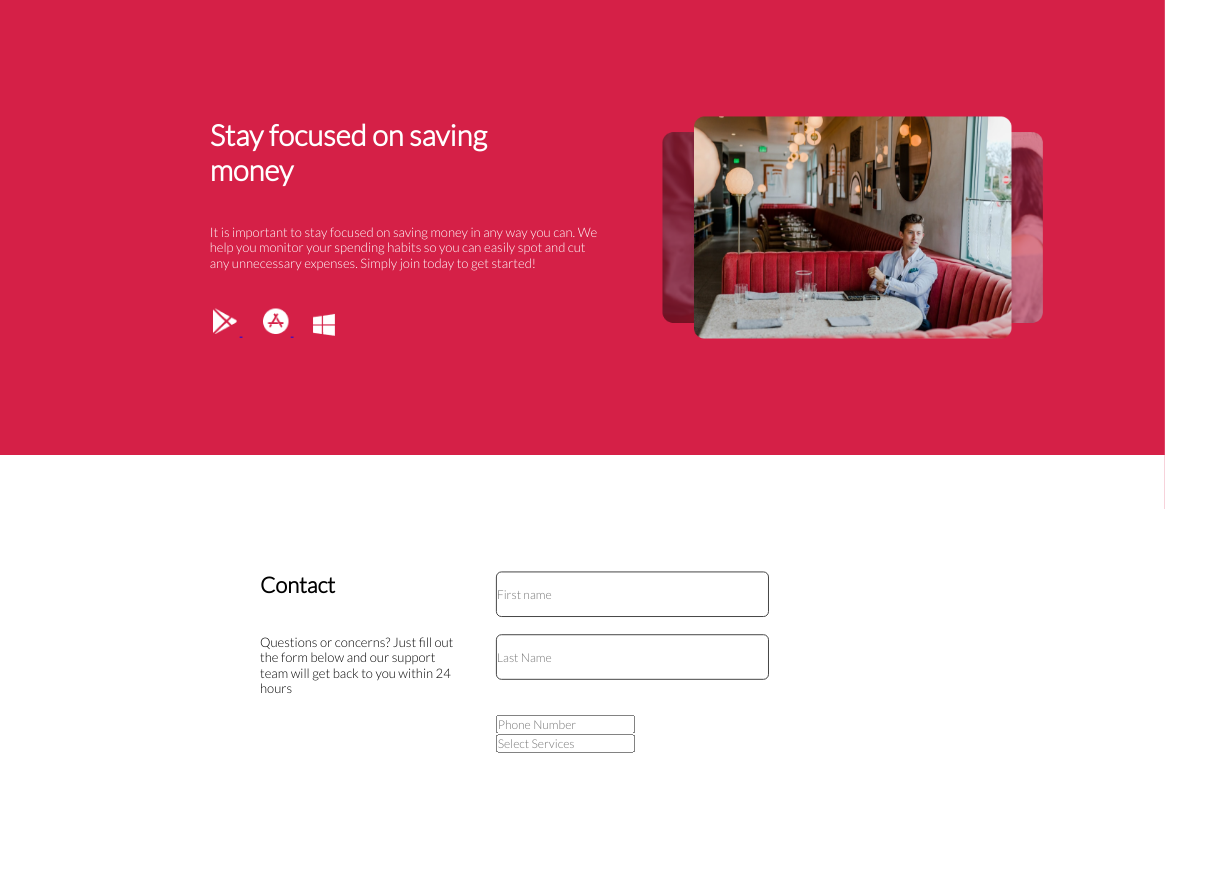
Repository: batonAnton/Cursor_lecture4
Page: index.html
These files come from the project's save history. The page is drawn as it stood at one moment and after the next save; the edit follows.
The browser window is 1280 px wide. The page is 1280 px wide, then 1342 px, so the pictures cover 1342 px, including what lies to the right of the window. The pictures show the whole page, at 91% of full size.

Above is the page before, as saved 2022-06-09 13:21:30.

### index.html
<!DOCTYPE html>
<html lang="en">
<head>
    <meta charset="UTF-8">
    <meta http-equiv="X-UA-Compatible" content="IE=edge">
    <meta name="viewport" content="width=device-width, initial-scale=1.0">
    <title>CloudBudget Freebie</title>
    <link rel="preconnect" href="https://fonts.googleapis.com">
    <link rel="preconnect" href="https://fonts.gstatic.com" crossorigin>
    <link href="https://fonts.googleapis.com/css2?family=Lato:wght@300&display=swap" rel="stylesheet">
    <link rel="stylesheet" href="css/style.css">
</head>
<body>
    <header>
        <div class="info-box">
            <h1>Stay focused on saving <br> money</h1>
            <p>It is important to stay focused on saving money in any way you can. We <br> help you monitor your spending habits so you can easily spot and cut <br> any unnecessary expenses. Simply join today to get started!</p>

            <div class="link_source">
                <a href="https://play.google.com/store/games?hl=uk&gl=US">
                    <img src="/image/icon/google_play.png" alt="icon-google">
                </a>
                <a href="https://www.apple.com/ua/app-store/">
                    <img src="/image/icon/apstore.png" alt="icon-apstore">
                </a>
                <a href="https://www.microsoft.com/uk-ua/software-download/windows10">
                    <img src="/image/icon/windows.png" alt="icon-windows">
                </a>
            </div>
        </div>

        <div class="big_img"></div>
    </header>

    <section>
        <div class="info-box">
            <h1>Contact</h1>
            <p>Questions or concerns? Just fill out the form below and our support <br> team will get back to you within 24 hours</p>
        </div>

        <div class="input-fields">
            <form>
                <input type="text" id="fname" placeholder="First name" name="fname"> <br> <br>
                <input type="text" id="lname" placeholder="Last Name" name="lname"> <br> <br> <br>
                <input type="number" name="" id="number" placeholder="Phone Number">
                <input list="browsers" id="dropdown" placeholder="Select Services" name="service"> <br>
                <datalist id="browsers">
                    <option value="Service1">
                    <option value="Service2">
                    <option value="Service3">
                    <option value="Service4">
                    <option value="Service5">
                </datalist>
              </form>
        </div>
    </section>
</body>
</html>

### css/style.css
* {
  font-family: "Lato", sans-serif;
  margin: 0;
  padding: 0;
  box-sizing: border-box;
}

header {
  width: 100%;
  height: 20%;
  padding: 10%;
  color: #ffffff;
  display: inline-flex;
  background-color: #d52047;
}

.info-box {
  width: 80%;
  margin-left: 10%;
}

.info-box p {
  width: 90%;
  margin: 40px 0;
  font-size: 0.9rem;
}

.link_source a {
  margin-left: -19px;
  padding: 0 20px;
}

.big_img {
  background-image: url("/image/Photo.png");
  width: 70%;
  /* height: 311px; */
  background-repeat: no-repeat;
  background-position: center;
  background-size: contain;
}

/* Section */
section {
  color: #000000;
  display: inline-flex;
  padding: 10%;
}

section .info-box {
  margin-left: 22%;
  width: 80%;
}

#fname, #lname{
    width: 300px;
    height: 50px;
    border: 1px solid #333333;
    border-radius: 6px;
}

After the next save:
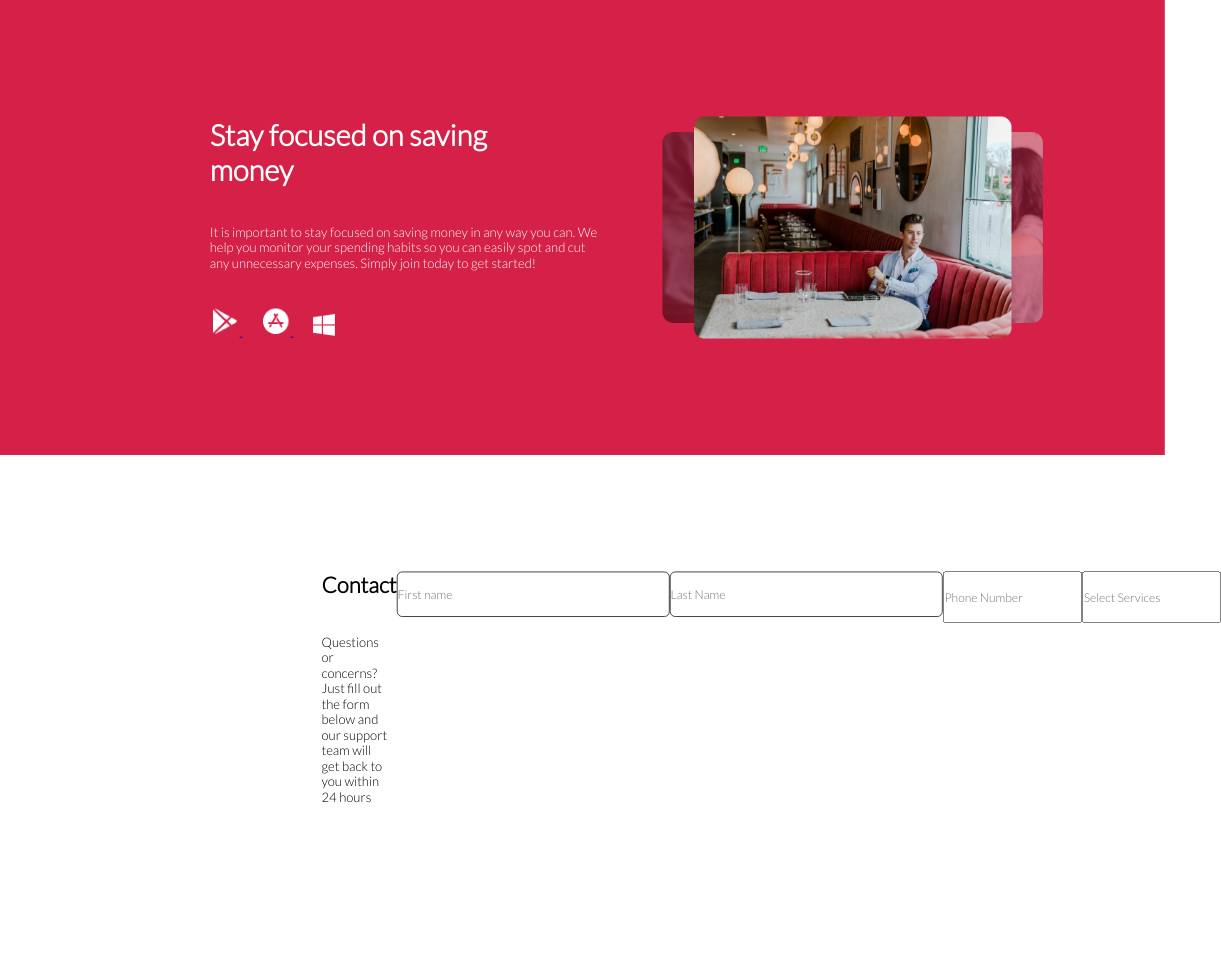
Saved 18 s later.
--- a/css/style.css
+++ b/css/style.css
@@ -50,6 +50,9 @@ section .info-box {
   margin-left: 22%;
   width: 80%;
 }
+form{
+  display: inline-flex;
+}
 
 #fname, #lname{
     width: 300px;
@@ -57,3 +60,7 @@ section .info-box {
     border: 1px solid #333333;
     border-radius: 6px;
 }
+
+#dropdown, #number{
+  display: block;
+}
